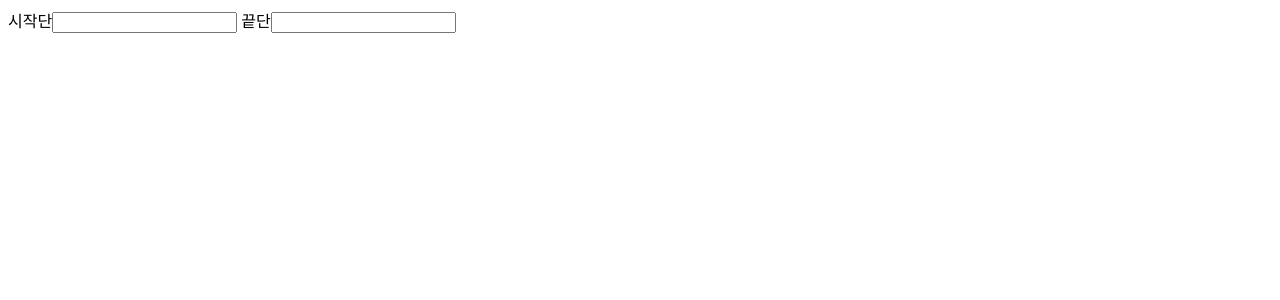
Repository: KYJIN1024/kic_jquery
Page: http://localhost/JQueryEx01/gugudan.jsp
These files come from the project's save history. The page is drawn as it stood at one moment and after the next save; the edit follows.
The browser window is 1280 px wide. The pictures show the whole page.
The page is served by Tomcat 9.

Above is the page before, as saved 2023-05-16 02:28:54.

After the next save:
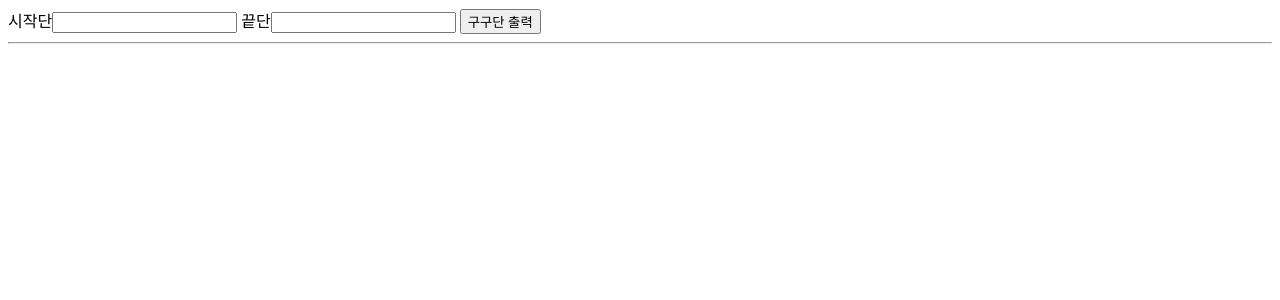
Saved 61 s later.
--- a/JQueryEx01/src/main/webapp/gugudan.jsp
+++ b/JQueryEx01/src/main/webapp/gugudan.jsp
@@ -10,6 +10,10 @@
 시작단<input type="text" id="startdan" />
 
 끝단<input type="text id="enddan" />
+<button id="btn"> 구구단 출력</button>
+<br /><hr /><br />
+<div id="result"></div>
+
 <script src="https://ajax.googleapis.com/ajax/libs/jquery/3.6.4/jquery.min.js"></script>
 <script>
 
